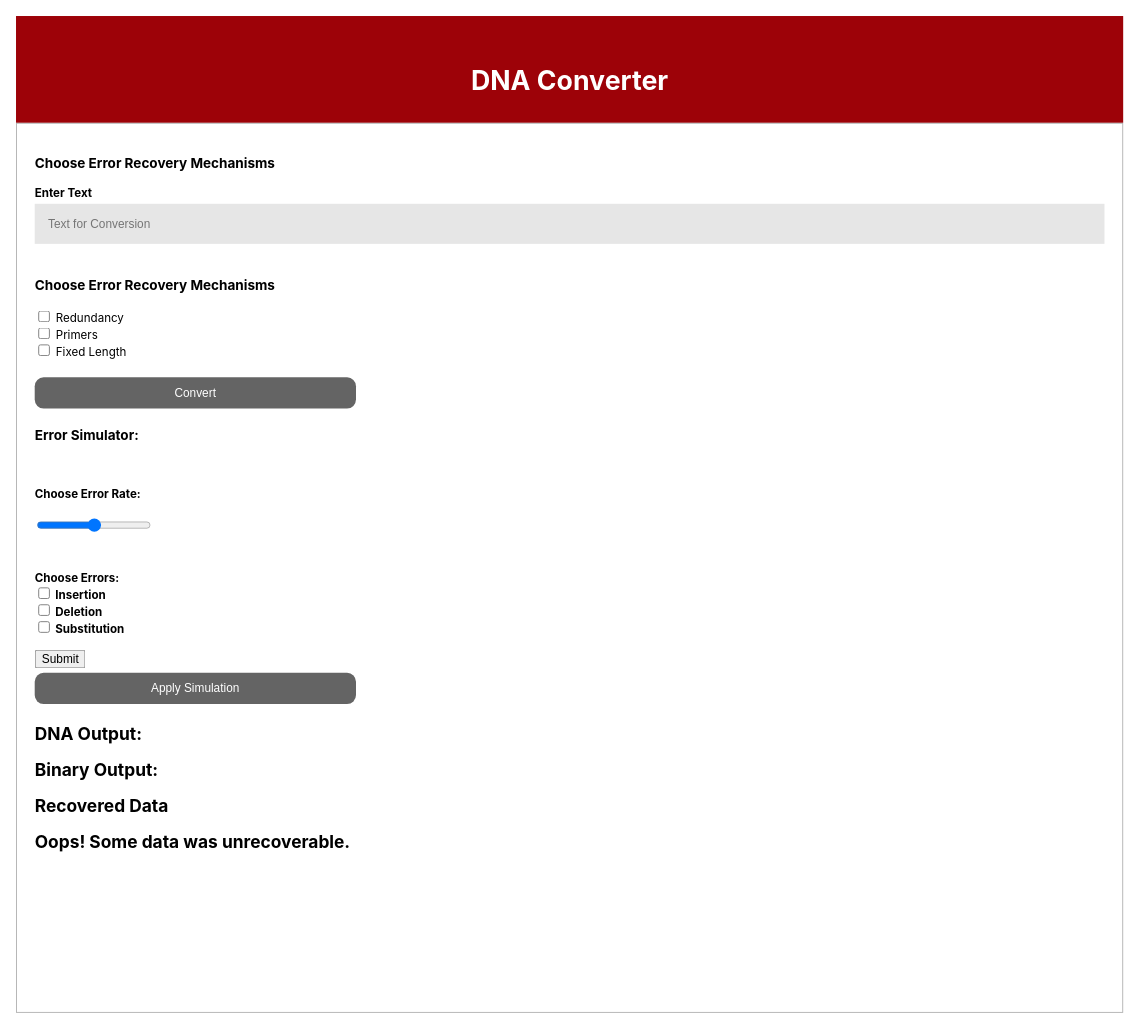
Repository: komalharjani/MSc-Thesis-DNA-Storage
Page: index.html
An editor plug-in stored every save of this project. The page is shown before and after a run of saves, followed by the edit.
The browser window is 1280 px wide. The pictures show the whole page, at 89% of full size.

Above is the page before, as saved 2020-08-16 22:07:10.

### index.html
<!DOCTYPE html>
<html lang="en">

<head>
    <link href="index.css" rel="stylesheet">
    <meta charset="UTF-8">
    <meta name="viewport" content="width=device-width, initial-scale=1.0">
    <title>Document</title>
</head>

<body>
    <div id="LoginPage">
        <div class="header"><br>
            <h2> DNA Converter </h2>
        </div>

        <div class="loginContainer">
            <h3>Choose Error Recovery Mechanisms</h3>
            <label for="text"><b>Enter Text</b></label>
            <input type="text" placeholder="Text for Conversion" id="textToConvert" required class="input">
            <h3>Choose Error Recovery Mechanisms</h3>
            <form>
                <input type="checkbox" id="vehicle1" name="vehicle1" value="Bike">
                <label for="vehicle1"> Redundancy </label><br>
                <input type="checkbox" id="vehicle2" name="vehicle2" value="Car">
                <label for="vehicle2"> Primers </label><br>
                <input type="checkbox" id="vehicle3" name="vehicle3" value="Boat">
                <label for="vehicle3"> Fixed Length</label><br><br>
            </form>
            <button onclick="onSubmit()" id="submit">Convert</button>


            <h3>Error Simulator:</h3><br>
            <h4>Choose Error Rate:</h4>
            <input type="range" name="rangeInput" min="0" max="10" onchange="updateTextInput(this.value);">
            <input type="number" id="textInput" value="" class="range" max="10"><br>
            <h4>Choose Errors:</h4<br>
            <form>
                <input type="checkbox" id="vehicle1" name="vehicle1" value="Bike">
                <label for="vehicle1"> Insertion </label><br>
                <input type="checkbox" id="vehicle2" name="vehicle2" value="Car">
                <label for="vehicle2"> Deletion </label><br>
                <input type="checkbox" id="vehicle3" name="vehicle3" value="Boat">
                <label for="vehicle3"> Substitution </label><br><br>
                <input type="submit" value="Submit">
            </form>
            <button onclick="" id="error">Apply Simulation</button><br>
            <!--Take Error Rate from On Submit-->
            <h2>DNA Output:</h2>
            <h2>Binary Output:</h2>
            <h2>Recovered Data</h2>
            <h2>Oops! Some data was unrecoverable. </h2>
        </div>
    </div>

</body>
<script src="index.js"></script>

</html>

### index.css
body {
    background-color:white;
    resize: both;
    overflow: auto;
}

.labelText {
  width: 100%;
  padding: 15px;
  margin: 5px 0 22px 0;
  display: inline-block;
  border: none;
  background: #cacaca;
}

.search {
  width: 30%;
  padding: 15px;
  margin: 5px 0 22px 0;
  display: inline-block;
  border: none;
  background: #e6e6e6;
}

.runBtn {
  background-color: #000000;
  border: 1px solid #ffffff;
  color: rgb(255, 255, 255);
  padding: 14px 20px;
  margin-top: 5px;
  margin-bottom: 5px;
  margin-right: 2px;
  margin-left: 0;
  border: none;
  cursor: pointer;
  width: 100%;
  opacity: 0.9;
  font-size: 15px;
}

#map{
  height: 400px;
  width: 100%;
}

#profile {
  border-radius: 50%;
}

.profile {
    padding: 10px;
    text-align: center;
    height: auto;
}

/* Full-width input fields */
.input {
  width: 100%;
  padding: 15px;
  margin: 5px 0 22px 0;
  display: inline-block;
  border: none;
  background: #e6e6e6;
}

.range {
  margin: 5px 0 22px 0;
  display: inline-block;
  border: none;
  text-align: right;
}

li {
  width: 100%;
  padding: 15px;
  margin: 5px 0 22px 0;
  display: inline-block;
  border: none;
  background: #cacaca;
}

ul {
  padding: 0;
}


/* Add a background color when the inputs get focus */
input[type=text]:focus, input[type=password]:focus {
  background-color: rgb(184, 184, 184);
  outline: none;
}

/* button {
  background-color: #000000;
  color: rgb(255, 255, 255);
  padding: 14px 20px;
  margin: 8px;
  border: none;
  cursor: pointer;
  width: 30%;
  opacity: 0.9;
  border-radius: 20px;
} */

.loginContainer {
  width: 100%;
  float: center;
  padding: 20px;
  border: 0.5px solid #afafaf;
  height: 1000px;

}

/* Set a style for all buttons */
.button {
  background-color: #000000;
  color: rgb(255, 255, 255);
  padding: 10px;
  width: 100%;
  border: none;
  border-radius: 10px;
}

button {
  background-color: rgb(100, 100, 100);
  color: rgb(255, 255, 255);
  padding: 10px;
  width: 30%;
  margin-top: 5px;
  margin-bottom: 5px;
  margin-right: 2px;
  margin-left: 0;
  border: none;
  border-radius: 10px;
}

button:hover {
  opacity: 0.8;
}

/* Extra styles for the cancel button */
.cancelbtn {
  padding: 14px 20px;
  background-color: whitesmoke;
}

/* Float cancel and signup buttons and add an equal width */
.cancelbtn, .signupbtn {
  float: right;
  width: 100%;
}


/* Style the horizontal ruler */
hr {
  border: 1px solid #f1f1f1;
  margin-bottom: 25px;
}

/* Change styles for cancel button and signup button on extra small screens */
@media screen and (max-width: 300px) {
  .cancelbtn, .signupbtn {
     width: 100%;
  }
}
/* OLD BELOW!!!!! */

* {
    box-sizing: border-box;
  }

  /* Add a gray background color with some padding */
  body {
    font-family: -apple-system, BlinkMacSystemFont, 'Segoe UI', Roboto, Oxygen, Ubuntu, Cantarell, 'Open Sans', 'Helvetica Neue', sans-serif;
    padding: 10px;
    background: #ffffff;
    font-size: 13px;
  }
  table {
    font-family: arial, sans-serif;
    border-collapse: collapse;
    width: 100%;
  }

  td, th {
    border: 1px solid #dddddd;
    text-align: left;
    padding: 8px;
  }

  tr:nth-child(even) {
    background-color: #dddddd;
  }
  /* Header Title */
  .header {
    padding: 5px;
    font-size: 20px;
    text-align: center;
    background: #9d0208;
    color: white;
  }

  .login {
    width:300px;
    height:500px;
    position: fixed;
    top: 50%;
    left: 50%;
    margin-top: -125px;
    margin-left: -150px;
  }

  /* Split Screen into Columns */

  .rightcolumn {
    float: right;
    width: 50%;
    padding: 10px;
  }

  .leftcolumn {
    float: left;
    width: 20%;
    padding: 10px;
    background-color: rgb(255, 255, 255);
  }

  .left {
    float: right;
    width: 50%;
    background-color: rgb(255, 255, 255);
  }

  .right {
    float: right;
    width: 50%;
    background-color: rgb(255, 255, 255);
  }

  .centercolumn {
    float: left;
    width: 80%;
    padding: 10px;
    background-color: rgb(255, 255, 255);
  }

  .title {
    color: grey;
    font-size: 18px;
  }

  .rightcolumn {
    float: left;
    width: 30%;
    padding: 10px;
    background-color: rgb(255, 255, 255);
  }

  .box {
    background-color: rgb(255, 255, 255);
    width: 100%;
    padding: 15px;
  }


  .card {
     background-color: whitesmoke;
     padding: 15px;
  }

  .row:after {
    content: "";
    display: table;
    clear: both;
  }

  /* Footer */
  .footer {
    padding: 20px;
    text-align: center;
    background: #ddd;
    margin-top: 20px;
  }

  /* Responsive layout - when the screen is less than 800px wide, make the two columns stack on top of each other instead of next to each other */
  @media screen and (max-width: 800px) {
    .leftcolumn, .rightcolumn {
      width: 100%;
      padding: 0;
    }
  }

  tr:nth-child(even) {
    background-color: #3b37377c;
  }

  button:hover {
    opacity:1;
  }

  /* Extra styles for the cancel button */
  .cancelbtn {
    padding: 14px 20px;
    background-color: #000000;
  }

  /* Float cancel and signup buttons and add an equal width */
  .cancelbtn, .signupbtn {
    float: right;
    width: 100%;
  }

  .containerForm {
    width: 50%;
    float: left;
    padding: 10px;
    background-color: rgb(255, 255, 255);
  }

  /* Add padding to container elements */
  .container {
    width: 100%;
    float: left;
    padding: 10px;
    background-color: rgb(255, 255, 255);
  }

  #result {
    color: red;
  }

  .submitComment {
    background-color: white;
    color: black;
    border: 1px solid #888;
    width: 100%;
    float: right;
  }

  .submitComment :hover {
    background-color: rgb(138, 138, 138);
  }

  .readMore {
    background-color: rgb(216, 216, 216);;
    color: black;
    width: 40%;
    margin: 5px;
  }

  .logoutBtn {
    color: white;
    background-color: #9d0208 ;
    border: 1px solid rgb(255, 255, 255);
    margin: 10px;
  }

  .logoutBtn:hover {
    opacity: 0.7;
  }

  .register {
    color: black;
    background-color: white ;
    border: 1px solid rgb(255, 255, 255);
    margin: 10px;
    opacity: 0.8;
  }

  .register:hover {
    opacity: 1;
  }

  .runPostsStyle {
    background-color: rgb(255, 255, 255);
    padding: 20px;
    border-radius: 10px;
    margin-top: 20px;
    width: 100%;
    overflow: hidden;
    border: 1px solid rgb(0, 0, 0);
    columns: 2;
  }



  .commentPost {
    background-color: whitesmoke;
    padding: 20px;
    border-radius: 10px;
    margin-top: 20px;
    width: 100%;
    overflow: hidden;
  }

  .mapStyle {
    background-color: rgb(94, 0, 0);
    border-radius: 10px;
    width: 40%;
    height: 100px;
    border:solid black;
  }

  /* The Modal (background) */
  .modal {
    display: none; /* Hidden by default */
    position: fixed; /* Stay in place */
    left: 0;
    top: 0;
    width: 100%; /* Full width */
    height: 100%; /* Full height */
    overflow: auto; /* Enable scroll if needed */
    background-color:rgb(255, 255, 255);
    padding: 20px;
  }

  /* Modal Content/Box */
  .modal-content {
    background-color: #ffffff;
    margin: 5% auto 15% auto; /* 5% from the top, 15% from the bottom and centered */
    border: 1px solid #888;
    width: 80%; /* Could be more or less, depending on screen size */
  }

  .postTitle {
    font-size: 20px;
    font-weight: bold;
    color: #9d0208;
  }

  .dateDisplay {
    font-size: 20px;
    font-weight: bold;
  }

  .toFrom {
    font-size: 14px;
    font-weight: bold;
  }

  /* Style the horizontal ruler */
  hr {
    border: 1px solid #f1f1f1;
    margin-bottom: 25px;
  }

  /* The Close Button (x) */
  .close {
    position: absolute;
    right: 35px;
    top: 15px;
    font-size: 40px;
    font-weight: bold;
    color: #000000;
  }

  .close:hover,
  .close:focus {
    color: #ff8484;
    cursor: pointer;
  }

  /* Clear floats */
  .clearfix::after {
    content: "";
    clear: both;
    display: table;
  }

  /* Change styles for cancel button and signup button on extra small screens */
  @media screen and (max-width: 300px) {
    .cancelbtn, .signupbtn {
       width: 100%;
    }
  }

  .dropbtn {
    background-color: #E6E6E6;
    color: rgb(85, 85, 85);
    padding: 16px;
    font-size: 16px;
    border: none;
    width: 100px;
    cursor: pointer;
  }

  .dropbtn:hover, .dropbtn:focus {
    background-color: rgb(187, 187, 187);
  }

  .dropdown {
    position: relative;
    display: inline-block;
  }

  .dropdown-content {
    display: none;
    position: absolute;
    background-color: #f1f1f1;
    min-width: 160px;
    overflow: auto;
    box-shadow: 0px 8px 16px 0px rgba(0,0,0,0.2);
    z-index: 1;
  }

  .dropdown-content a {
    color: black;
    padding: 12px 16px;
    text-decoration: none;
    display: block;
  }

  .dropdown a:hover {background-color: #ddd;}

  .show {display: block;}

Loaded but not shown: index.js (368 lines, source omitted)

After the next 2 saves:
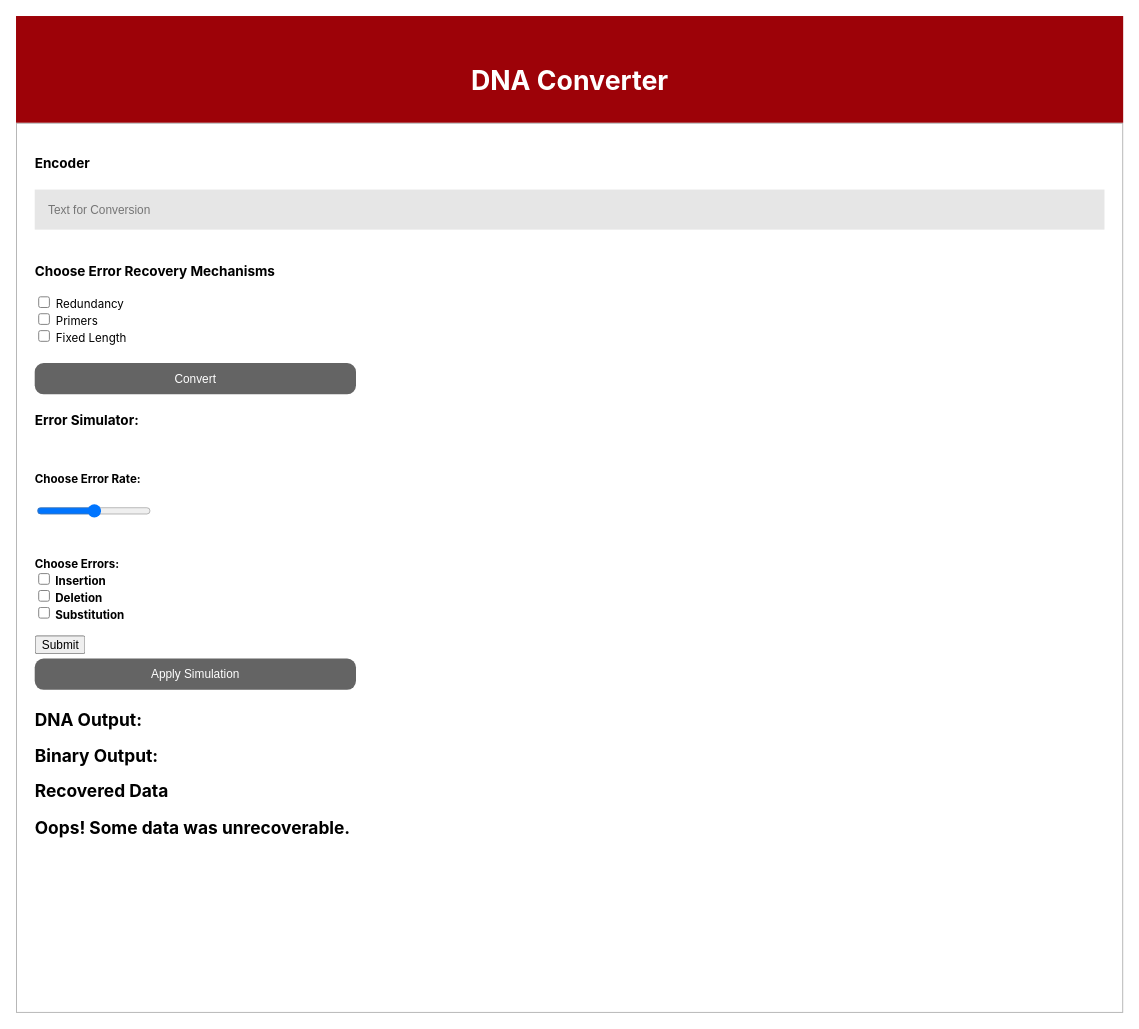
The 2 saves are shown as one change because they came seconds apart.
The last was saved 10 s later.
--- a/index.html
+++ b/index.html
@@ -15,8 +15,7 @@
         </div>
 
         <div class="loginContainer">
-            <h3>Choose Error Recovery Mechanisms</h3>
-            <label for="text"><b>Enter Text</b></label>
+            <h3>Encoder</h3>
             <input type="text" placeholder="Text for Conversion" id="textToConvert" required class="input">
             <h3>Choose Error Recovery Mechanisms</h3>
             <form>
